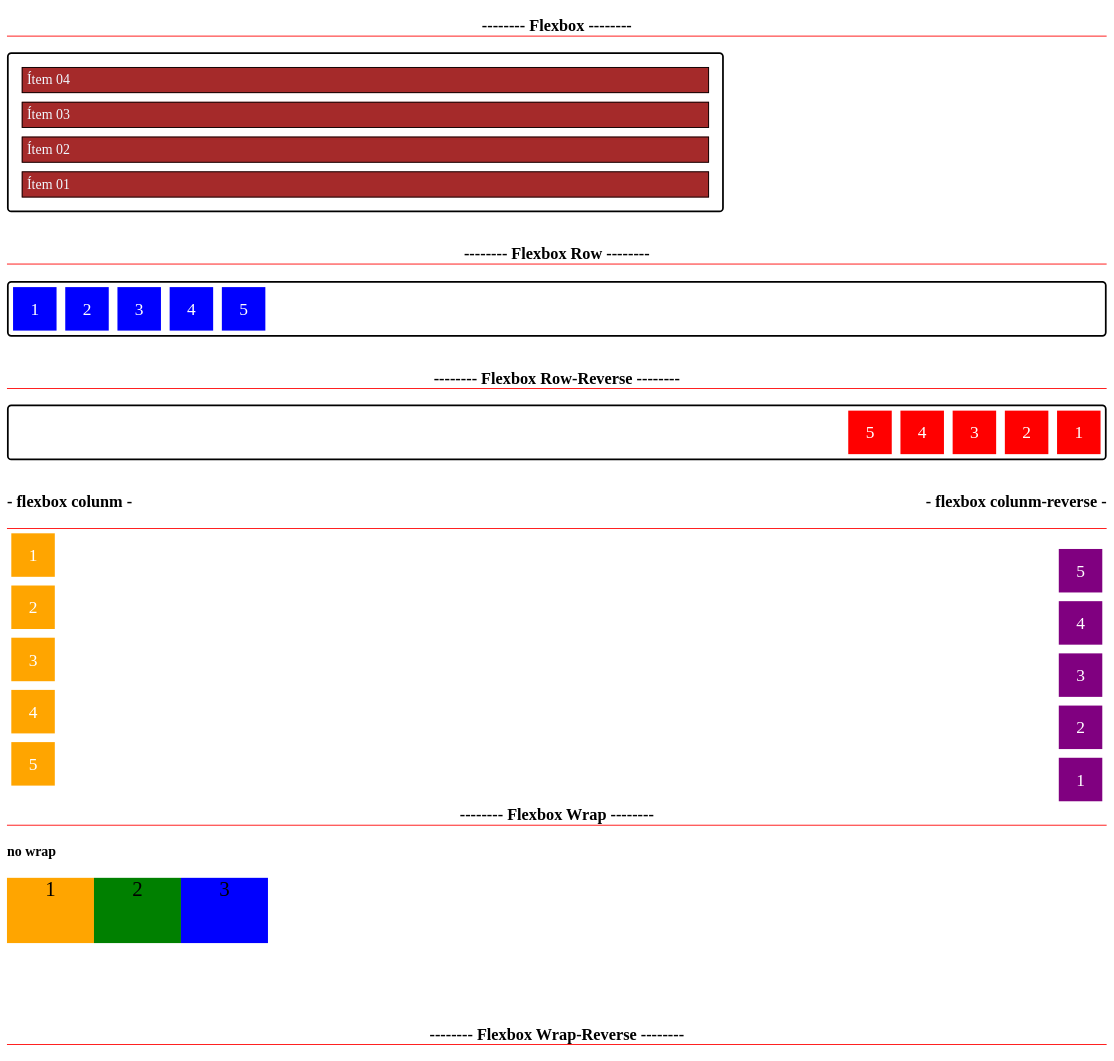
Repository: ozielms/flexbox
Page: outros/flexbox-master/index.html
These files come from the project's save history. The page is drawn as it stood at one moment and after the next save; the edit follows.
The browser window is 1280 px wide. The pictures show the whole page, at 87% of full size.

Above is the page before, as saved 2022-04-26 00:28:17.

After the next save:
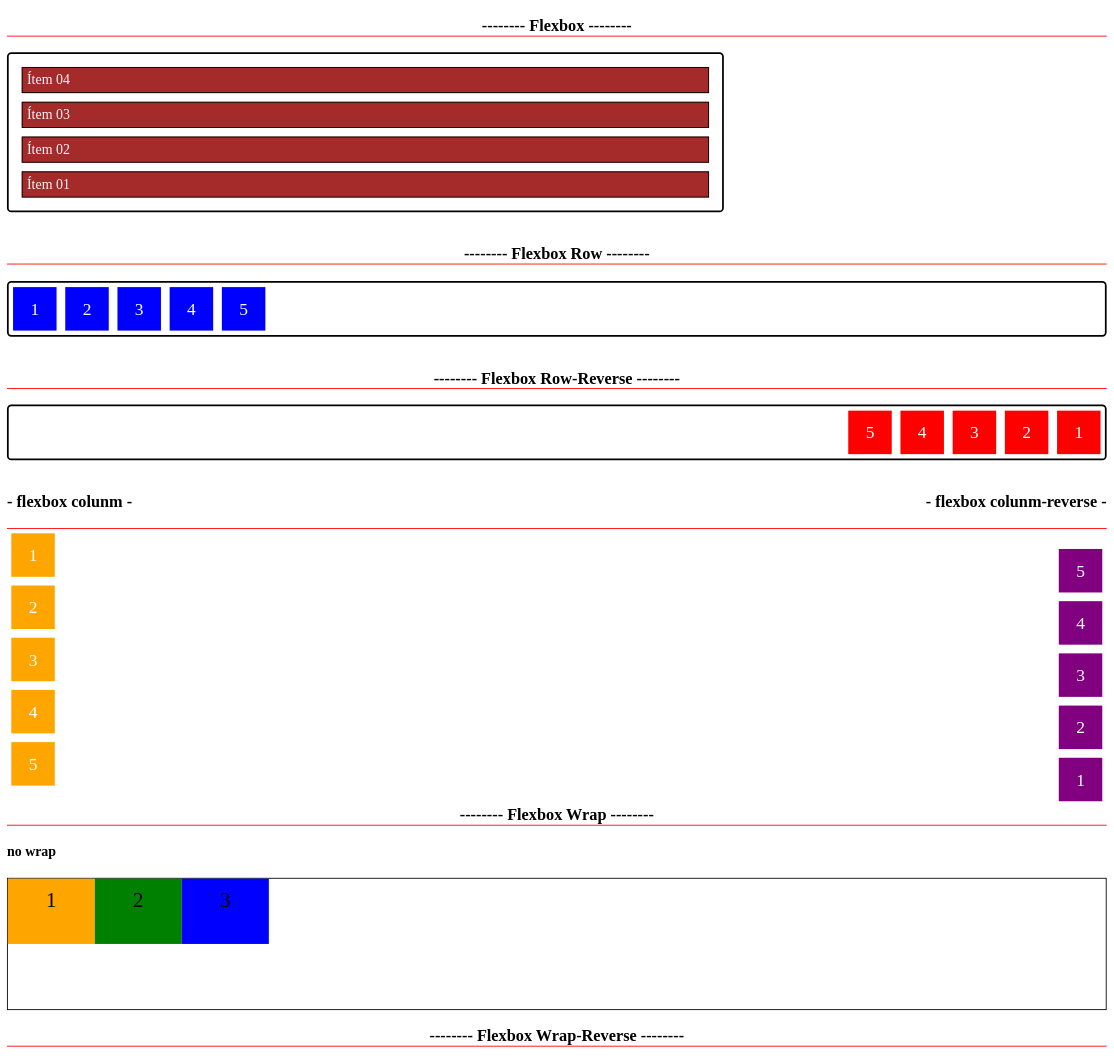
Saved 27 s later.
--- a/outros/flexbox-master/css/estilo.css
+++ b/outros/flexbox-master/css/estilo.css
@@ -101,6 +101,7 @@
 .flex-container-wrap {
     display: flex;
     height: 150px;
+    border: 1px solid black;
 }
 
 .item {
@@ -108,6 +109,7 @@
     height: 50%;
     text-align: center;
     width: 100px;
+    line-height: 50px;
 }
 
 .nowrap {
